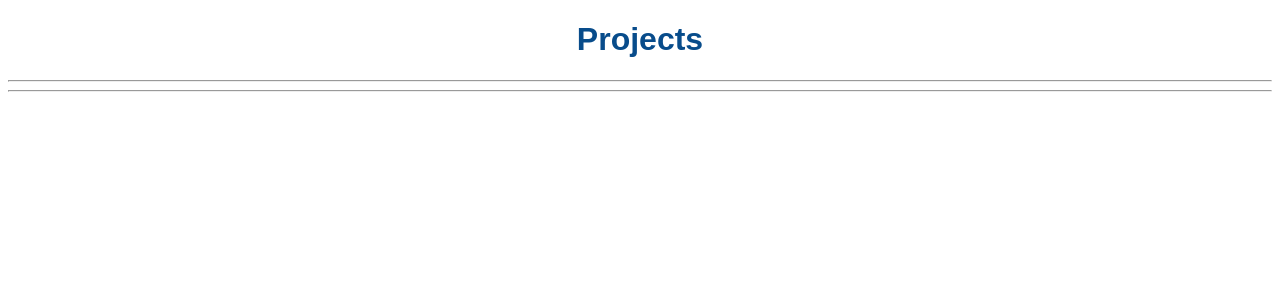
Repository: zackaroo20/zackaroo20
Page: pages/projects.html
The author's editor kept a copy of each file at every save. The page is drawn from the files as they stood at one save, then again after the next save.
The browser window is 1280 px wide. The pictures show the whole page.

Above is the page before, as saved 2026-05-14 15:37:44.

### pages/projects.html
<!DOCTYPE html>
<html lang="en">
<head>
    <meta charset="UTF-8">
    <meta name="viewport" content="width=device-width, initial-scale=1.0">
    <title>Document</title>
    <link rel="stylesheet" href="/styles/pages.css"/>
</head>
<Header>
    <h1>Projects</h1>
    <hr class="divider">
    <hr>

</Header>
<body>

</body>
</html>

### styles/pages.css
h1{
    display: flex;
    justify-content: center;
    font-family: Arial, Helvetica, sans-serif;
    color: #084c8b;

}
/* .divider {
  border: 0;
  height: 4px;
  background-color: #1f4e79;
  width: 100%;
  margin-top: 12px;
} */

After the next save:
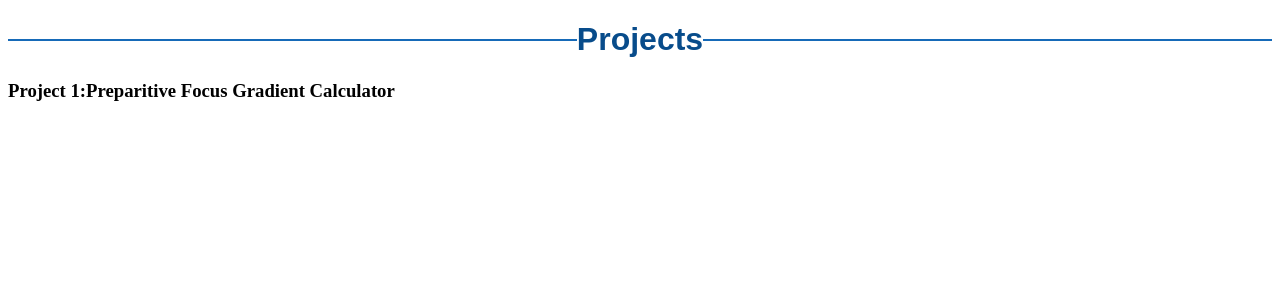
Saved 2 min 7 s later.
--- a/pages/projects.html
+++ b/pages/projects.html
@@ -7,12 +7,32 @@
     <link rel="stylesheet" href="/styles/pages.css"/>
 </head>
 <Header>
-    <h1>Projects</h1>
-    <hr class="divider">
-    <hr>
+
+    <style>
+        h1 {
+            display: flex;
+            flex-direction: row;
+        }
+
+        h1:before,
+        h1:after {
+            content: "";
+            flex: 1 1;
+            border-bottom: 2px solid #166ab8;
+            margin: auto;
+        }
+
+        img {
+            height: 100px;
+            width: 100px;
+            border-radius: 50%;
+        }
+        /* https://www.geeksforgeeks.org/css/how-to-make-horizontal-line-with-words-in-the-middle-using-css/ */
+    </style>
 
 </Header>
 <body>
-
+    <h1>Projects</h1>
+<h3>Project 1:Preparitive Focus Gradient Calculator</h3>
 </body>
 </html>
